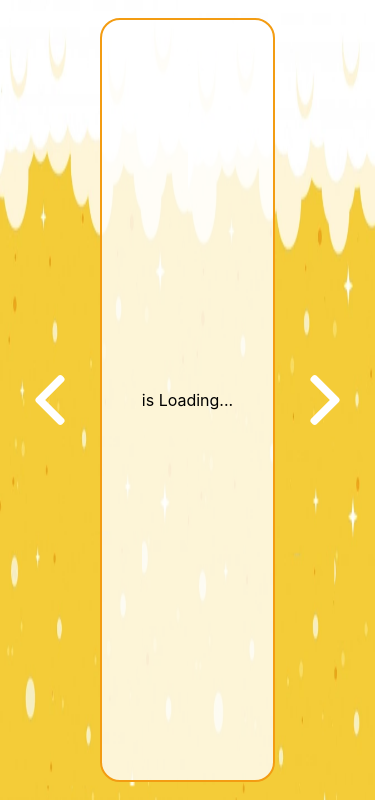
Repository: SebastianArmata22/Beer-app
Page: /
An editor plug-in stored every save of this project. The page is shown before and after the next save, followed by the edit.
The browser window is 375 px wide. The pictures show the whole page.
The page's requests for data from a server got no answer. The project was rebuilt for these pictures with package versions that can differ from the ones it lists, and the page was loaded fresh each time. No one was signed in, and anything a server would have sent is missing. Also part of the build but not shown: src/Card.js.

Above is the page before, as saved 2021-01-05 22:55:26.

After the next save:
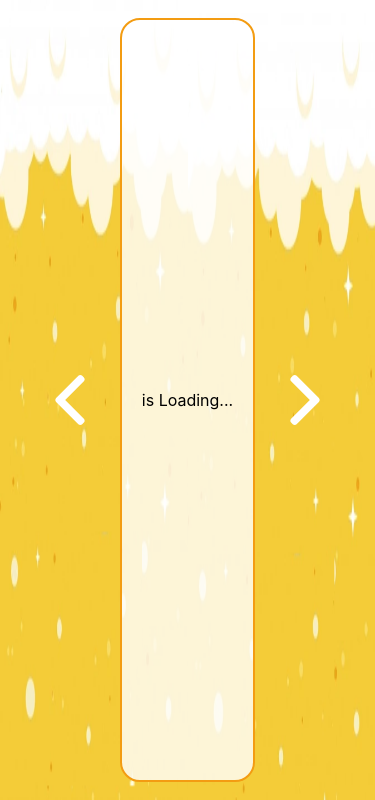
Saved 40 s later.
--- a/src/Card.css
+++ b/src/Card.css
@@ -44,7 +44,5 @@ background-color: rgba(255, 255, 255,0.8);
 }
 
 @media only screen and (max-width: 600px) {
-    .card{
-        width: 90%;
-    }
+
 }
